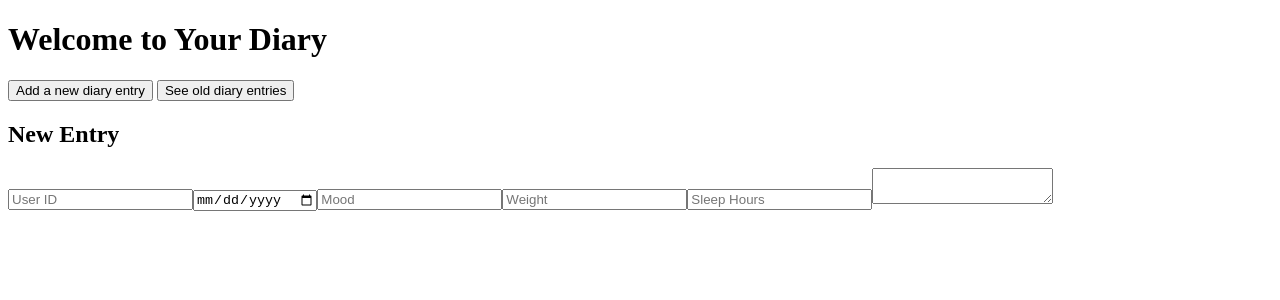
Repository: Javimetro/UniZen
Page: client/public/menu.html
The author's editor kept a copy of each file at every save. The page is drawn from the files as they stood at one save, then again after the next save.
The browser window is 1280 px wide. The pictures show the whole page.
After loading, the first visible `#newEntry` was clicked once.

Above is the page before, as saved 2024-03-04 15:19:31.
Console error: ReferenceError: section is not defined

### client/public/menu.html
<!DOCTYPE html>
<html>
<head>
    <meta charset="UTF-8">
    <meta name="viewport" content="width=device-width, initial-scale=1.0">
    <title>Menu</title>
    <link rel="module" href="/styles/style.css"> <!-- Link to CSS file -->
    <link rel="icon" href="/public/assets/images/favicon.ico" type="image/x-icon">
</head>
<body>
  <h1>Welcome to Your Diary</h1>
  <button id="newEntry">Add a new diary entry</button>
  <button id="oldEntries">See old diary entries</button>

  <script type="module" src="/src/services/menu.js"></script>
</body>
</html>

### client/src/services/menu.js
// menu.js
import { createDiaryCards, createEntryForm, createNewDiv } from '../utils/renderContainer.js';

window.onload = function() {
  var contentDiv = document.createElement('div');
  contentDiv.id = 'content';
  document.body.appendChild(contentDiv);
};


//
document.getElementById('newEntry').addEventListener('click', function() {
  createNewDiv('New Entry', function() {
    createEntryForm('content');
  });
});

document.getElementById('oldEntries').addEventListener('click', function() {
  createNewDiv('Old diary entries', function() {
    createDiaryCards('content');
  });
});

### client/src/utils/renderContainer.js
import { getDiaryEntries } from '../services/diaryService.js';

const createDiaryCards = async function(parentId) { // parentId as parametrer, so function can be reused
  try {
    const diaryData = await getDiaryEntries();

    const section = document.createElement('section');
    section.classList.add('card-area');

    diaryData.forEach((entry, index) => {
      const card = document.createElement('div');
      card.classList.add('card');

      const diaryContainer = document.createElement('div');
      diaryContainer.classList.add('card-diary');
      const title = document.createElement('h4');
      title.textContent = `Diary card ${index + 1}`;
      const description = document.createElement('p');
      description.textContent = entry.notes;
      const mood = document.createElement('p');
      mood.textContent = `Mood: ${entry.mood}`;
      const weight = document.createElement('p');
      weight.textContent = `Weight: ${entry.weight}`;
      const sleep = document.createElement('p');
      sleep.textContent = `Sleep hours: ${entry.sleep_hours}`;

      diaryContainer.appendChild(title);
      diaryContainer.appendChild(description);
      diaryContainer.appendChild(mood);
      diaryContainer.appendChild(weight);
      diaryContainer.appendChild(sleep);

      card.appendChild(diaryContainer);

      section.appendChild(card);
    });

    const parent = document.getElementById(parentId);
    const h3Element = document.createElement('h3');
    parent.appendChild(h3Element);
    parent.insertBefore(section, h3Element.nextSibling);

  } catch (error) {
    console.error('Error creating diary cards with fetch:', error);
  }
}

//function to create the form for input data to "new entry". Is used when user clicks "add a new diary entry"

const createEntryForm = function(parentId) {

  var contentDiv = document.getElementById('content');
  contentDiv.innerHTML = ''; // Clear the content div
  var h2 = document.createElement('h2');
  h2.textContent = 'New Entry';
  var form = document.createElement('form');

  // Create form fields
  var userId = document.createElement('input');
  userId.setAttribute('type', 'text');
  userId.setAttribute('name', 'user_id');
  userId.setAttribute('placeholder', 'User ID');

  var entryDate = document.createElement('input');
  entryDate.setAttribute('type', 'date');
  entryDate.setAttribute('name', 'entry_date');

  var mood = document.createElement('input');
  mood.setAttribute('type', 'text');
  mood.setAttribute('name', 'mood');
  mood.setAttribute('placeholder', 'Mood');

  var weight = document.createElement('input');
  weight.setAttribute('type', 'number');
  weight.setAttribute('name', 'weight');
  weight.setAttribute('placeholder', 'Weight');

  var sleepHours = document.createElement('input');
  sleepHours.setAttribute('type', 'number');
  sleepHours.setAttribute('name', 'sleep_hours');
  sleepHours.setAttribute('placeholder', 'Sleep Hours');

  var notes = document.createElement('textarea');
  notes.setAttribute('name', 'notes');

  // Add form fields to form
  form.appendChild(userId);
  form.appendChild(entryDate);
  form.appendChild(mood);
  form.appendChild(weight);
  form.appendChild(sleepHours);
  form.appendChild(notes);

  // Add form to content div
  contentDiv.appendChild(h2);
  contentDiv.appendChild(form);

  const parent = document.getElementById(parentId);
  const h3Element = document.createElement('h3');
  parent.appendChild(h3Element);
  parent.insertBefore(section, h3Element.nextSibling);
}

const createNewDiv = function(h2Name, subFunction) {
  var contentDiv = document.getElementById('content');
  contentDiv.innerHTML = ''; // Clear the content div
  var h2 = document.createElement('h2');
  h2.textContent = `${h2Name}`; // Use backticks for template literals
  var div = document.createElement('div');
  subFunction(); // Call the passed function
  contentDiv.appendChild(h2);
  contentDiv.appendChild(div);
}

export { createDiaryCards, createEntryForm, createNewDiv }

### client/src/services/diaryService.js
const getDiaryEntries = async function() {
    const token = localStorage.getItem('token');
    //console.log(token);
    const response = await fetch('http://localhost:3000/api/entries', {
      headers: {
        'Authorization': 'Bearer ' + token
      }
    })
    if (!response.ok) {
      throw new Error('Failed to fetch diary entries');
    }

      return response.json();
    };
export { getDiaryEntries };

//todo: const postNewEntry = async function() {....}

After the next save:
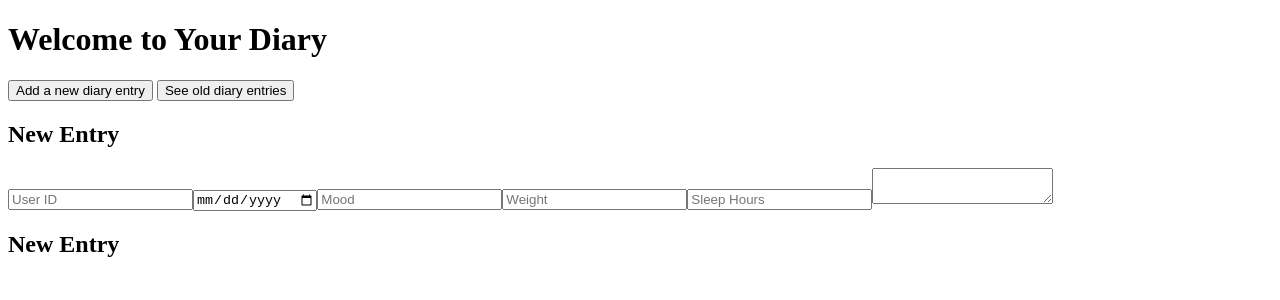
The error is gone.
Saved 5 min 4 s later.
--- a/client/src/utils/renderContainer.js
+++ b/client/src/utils/renderContainer.js
@@ -97,6 +97,7 @@ const createEntryForm = function(parentId) {
 
   const parent = document.getElementById(parentId);
   const h3Element = document.createElement('h3');
+  const section = document.createElement('section'); // Define section
   parent.appendChild(h3Element);
   parent.insertBefore(section, h3Element.nextSibling);
 }
